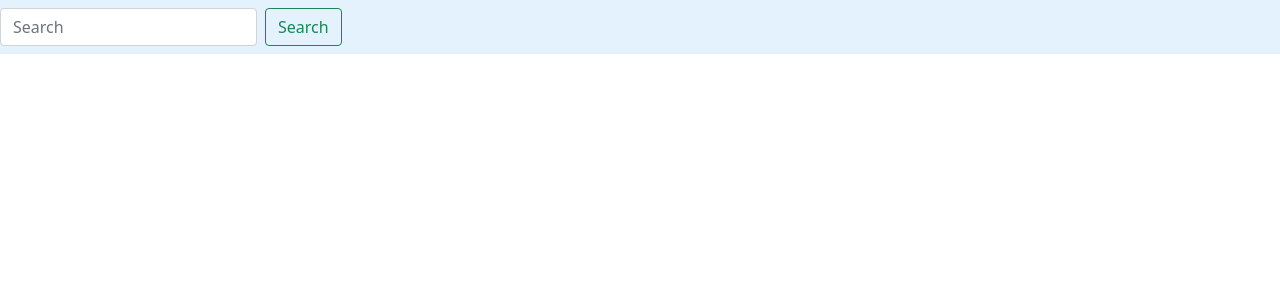
Repository: ViniciusCMS/StudyJquerry
Page: index.html
An editor plug-in stored every save of this project. The page is shown before and after the next save, followed by the edit.
The browser window is 1280 px wide. The pictures show the whole page.

Above is the page before, as saved 2021-11-26 10:36:30.

After the next save:
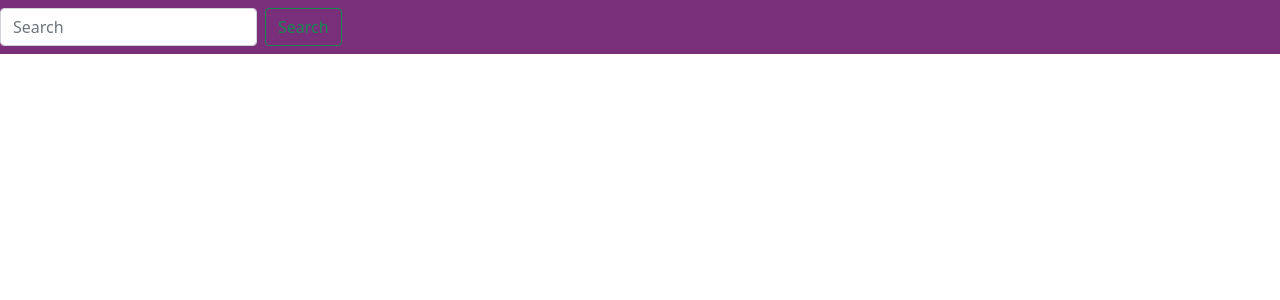
Saved 22 s later.
--- a/index.html
+++ b/index.html
@@ -10,7 +10,7 @@
     <link rel="stylesheet" type="text/css" href="bootstrap/css/bootstrap.min.css">
 </head>
 <body>
-   <nav class="navbar navbar-light" style="background-color: #e3f2fd;">
+   <nav class="navbar navbar-light" style="background-color: #7a2f7a;">
       <form class="d-flex">
         <input class="form-control me-2" type="search" placeholder="Search" aria-label="Search">
         <button class="btn btn-outline-success" type="submit">Search</button>
